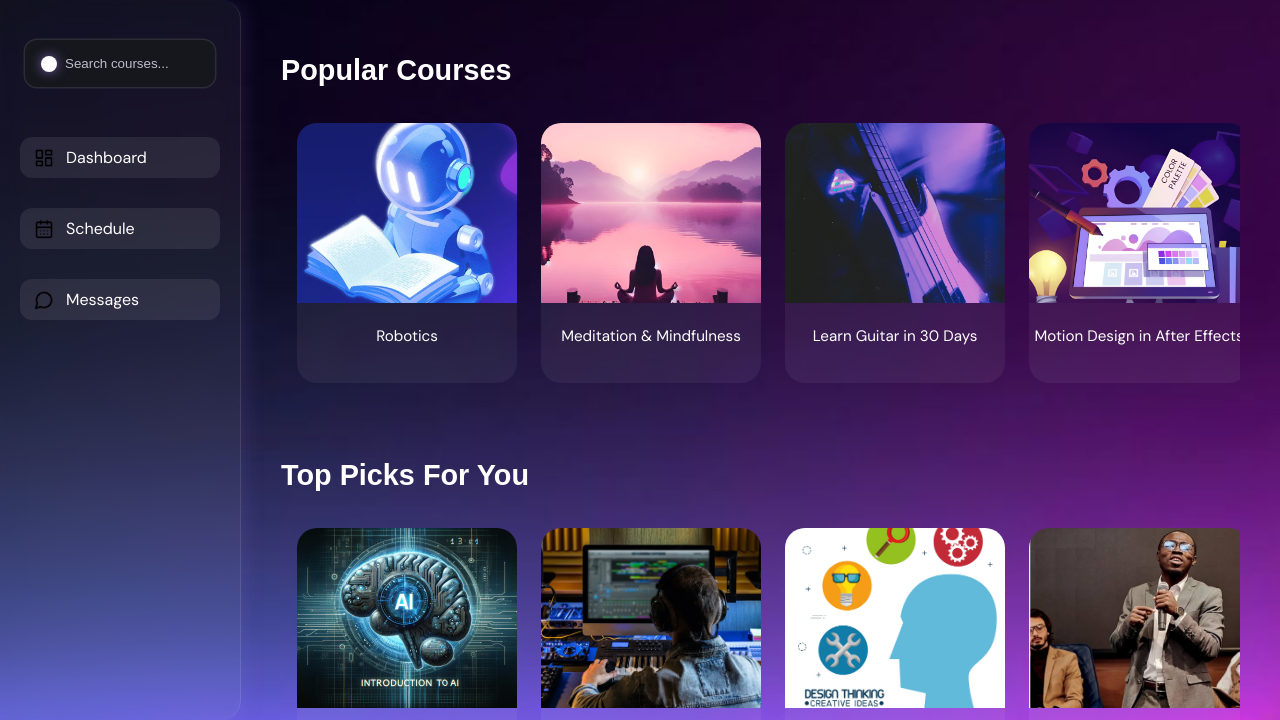
Repository: damndana/UIREN
Page: http://localhost/courses/
An editor plug-in stored every save of this project. The page is shown before and after the next save, followed by the edit.
The browser window is 1280 px wide. The pictures show the whole page.
An inner scrolling area shows only its first screen. The page is served by the project's application, run on Django 5.2 (manage.py). Other server files are loaded and not shown.

Above is the page before, as saved 2025-04-21 23:39:52.

### main/templates/courses.html
{% load static %}
<!DOCTYPE html>
<html lang="en">
<head>
  <meta charset="UTF-8">
  <title>Courses Page</title>
  <link rel="stylesheet" href="https://fonts.googleapis.com/css2?family=DM+Sans&display=swap">
  <link rel="stylesheet" href="{% static 'css/style.css' %}">
</head>
<body class="courses-body" style="background: url('{% static "animations/background.jpeg" %}') no-repeat center center; background-size: cover;">

  <div class="sidebar">
    <div class="group">
      <svg class="search-icon" viewBox="0 0 24 24"><path fill="currentColor" d="M10 2a8 8 0 0 1 6.32 12.9l4.39 4.4l-1.41 1.4l-4.4-4.39A8 8 0 1 1 10 2m0 2a6 6 0 1 0 0 12a6 6 0 0 0 0-12z"/></svg>
      <input id="course-search" class="input" type="text" placeholder="Search courses...">
    </div>

    <div class="sidebar-icon"><img src="{% static 'icons/layout-dashboard.png' %}" class="icon-img"><span>Dashboard</span></div>
    <div class="sidebar-icon"><img src="{% static 'icons/calendar-days.png' %}" class="icon-img"><span>Schedule</span></div>
    <div class="sidebar-icon"><img src="{% static 'icons/message-circle.png' %}" class="icon-img"><span>Messages</span></div>
  </div>

  <div class="main-content">
    <h2 class="section-title">Popular Courses</h2>
    <div class="carousel-wrapper" id="carousel-popular">
      <div class="carousel">
        <div class="card"><img src="{% static 'animations/robotics.png' %}" alt="Robotics"><p>Robotics</p></div>
        <div class="card"><img src="{% static 'animations/Dawn Meditation by the Lake_ Serenity in Pink and Purple.jpg' %}" alt="Meditation"><p>Meditation & Mindfulness</p></div>
        <div class="card"><img src="{% static 'animations/guitar30days.jpg' %}" alt="Guitar"><p>Learn Guitar in 30 Days</p></div>
        <div class="card"><img src="{% static 'animations/motiondesign.png' %}" alt="Motion"><p>Motion Design in After Effects</p></div>
        <div class="card"><img src="{% static 'animations/timemanagement.jpg' %}" alt="Time"><p>Time Management like a CEO</p></div>
      </div>
    </div>

    <h2 class="section-title" style="margin-top: 60px;">Top Picks For You</h2>
    <div class="carousel-wrapper" id="carousel-top">
      <div class="carousel">
        <div class="card"><img src="{% static 'animations/introtoai.png' %}"><p>Intro to AI</p></div>
        <div class="card"><img src="{% static 'animations/sounddesign.webp' %}" alt="Music"><p>Sound Design Essentials</p></div>
        <div class="card"><img src="{% static 'animations/design-thinking.jpg' %}" alt="Design"><p>Creative Thinking for Designers</p></div>
        <div class="card"><img src="{% static 'animations/speak.jpg' %}" alt="Public"><p>Speak Like a Pro</p></div>
      </div>
    </div>
  </div>

  <script>
    // SEARCH FUNCTION
    const searchBar = document.getElementById("course-search");
    searchBar.addEventListener("input", () => {
      const query = searchBar.value.toLowerCase();
      document.querySelectorAll(".carousel .card").forEach(card => {
        const title = card.querySelector("p").textContent.toLowerCase();
        card.style.display = title.includes(query) ? "flex" : "none";
      });
    });

    // SCROLL + ZOOM FUNCTION PER CAROUSEL
    document.querySelectorAll(".carousel-wrapper").forEach((wrapper) => {
      const carousel = wrapper.querySelector(".carousel");
      let isDown = false, startX, scrollLeft;
      let scrollPos = 0;

      // Drag scroll (mouse)
      wrapper.addEventListener("mousedown", (e) => {
        isDown = true;
        startX = e.pageX - wrapper.offsetLeft;
        scrollLeft = wrapper.scrollLeft;
      });
      wrapper.addEventListener("mouseup", () => isDown = false);
      wrapper.addEventListener("mouseleave", () => isDown = false);
      wrapper.addEventListener("mousemove", (e) => {
        if (!isDown) return;
        const x = e.pageX - wrapper.offsetLeft;
        const walk = (x - startX) * 2;
        wrapper.scrollLeft = scrollLeft - walk;
      });

      // Touch scroll (mobile)
      wrapper.addEventListener("touchstart", (e) => {
        startX = e.touches[0].pageX;
        scrollLeft = wrapper.scrollLeft;
      });
      wrapper.addEventListener("touchmove", (e) => {
        const x = e.touches[0].pageX;
        const walk = (x - startX) * 2;
        wrapper.scrollLeft = scrollLeft - walk;
      });

      // Auto scroll
      function startAutoScroll() {
        return setInterval(() => {
          scrollPos += 1.5;
          if (scrollPos >= carousel.scrollWidth - carousel.clientWidth) {
            scrollPos = 0;
          }
          carousel.scrollTo({ left: scrollPos, behavior: "smooth" });
        }, 20);
      }

      let autoScrollInterval = startAutoScroll();
      wrapper.addEventListener("mouseenter", () => clearInterval(autoScrollInterval));
      wrapper.addEventListener("mouseleave", () => {
        autoScrollInterval = startAutoScroll();
      });
    });

    // Zoom on hover
    document.querySelectorAll(".card").forEach((card) => {
      card.addEventListener("mouseenter", () => {
        card.style.transform = "scale(1.07)";
      });
      card.addEventListener("mouseleave", () => {
        card.style.transform = "scale(1)";
      });
    });
  </script>
</body>
</html>

### main/views.py
from django.shortcuts import render, redirect
from django.http import HttpResponse
from .forms import TutorRegistrationForm, StudentRegistrationForm
from .models import TutorProfile, StudentProfile
from django.contrib.auth.models import User
from django.contrib.auth import login
from django.contrib.auth.decorators import login_required

# === Home Page ===
def home(request):
    return render(request, 'home.html')

# === Courses Page ===
def courses(request):
    return render(request, 'courses.html')

# === Categories Page ===
def categories(request):
    return render(request, 'categories.html')

# === About Page ===
def about(request):
    return render(request, 'about.html')

# === Sign In ===
def signin(request):
    if request.method == "POST":
        email = request.POST.get("email")
        password = request.POST.get("password")

        if not (email and password):
            return HttpResponse("Missing fields", status=400)

        try:
            user = User.objects.get(email=email)
            if user.check_password(password):
                login(request, user)
                return redirect("profile")
            else:
                return HttpResponse("Incorrect password", status=401)
        except User.DoesNotExist:
            return HttpResponse("User not found", status=404)

    return render(request, "signin.html")

# === Register Tutor ===
def register_tutor(request):
    if request.method == 'POST':
        form = TutorRegistrationForm(request.POST)
        if form.is_valid():
            full_name = form.cleaned_data['full_name']
            email = form.cleaned_data['email']
            password = form.cleaned_data['password']
            experience = form.cleaned_data['experience']
            bio = form.cleaned_data['bio']

            user = User.objects.create_user(
                username=email,
                email=email,
                password=password
            )

            TutorProfile.objects.create(
                user=user,
                full_name=full_name,
                experience=experience,
                bio=bio
            )

            login(request, user)
            return redirect('profile')
    else:
        form = TutorRegistrationForm()
    return render(request, 'register_tutor.html', {'form': form})


# === Register Student ===
def register_student(request):
    if request.method == 'POST':
        form = StudentRegistrationForm(request.POST)
        if form.is_valid():
            email = form.cleaned_data['email']

            if User.objects.filter(username=email).exists():
                return HttpResponse("User already exists", status=400)

            user = User.objects.create_user(
                username=email,
                email=email,
                password=form.cleaned_data['password'],
                first_name=form.cleaned_data['full_name']
            )

            student = form.save(commit=False)
            student.user = user
            student.save()
            login(request, user)
            return redirect('profile')
    else:
        form = StudentRegistrationForm()
    return render(request, 'register_student.html', {'form': form})

# === Profile View ===
@login_required
def profile_view(request):
    return render(request, 'profile.html', {'user': request.user})

### core/urls.py
from django.contrib import admin
from django.urls import path, include

urlpatterns = [
    path('admin/', admin.site.urls),
    path('', include('main.urls')),  # Connect main app routes
]

### main/urls.py
from django.urls import path
from . import views

urlpatterns = [
    path('', views.home, name='home'),
    path('courses/', views.courses, name='courses'),
    path('categories/', views.categories, name='categories'),
    path('about/', views.about, name='about'),
    path('signin/', views.signin, name='signin'),
    path('signin/', views.signin, name='signin'),
    path('register/tutor/', views.register_tutor, name='register_tutor'),
    path('register/student/', views.register_student, name='register_student'),
    path('profile/', views.profile_view, name='profile'),
]

### main/static/css/style.css
/* === GLOBAL === */
body {
  margin: 0;
  padding: 0;
  font-family: 'DM Sans', 'Raleway', 'Roboto Mono', 'Tektur', sans-serif;
  color: white;
  background: black;
  overflow-x: hidden;
}

#bg-video {
  position: fixed;
  top: 0;
  left: 0;
  width: 100%;
  height: 100%;
  object-fit: cover;
  z-index: -1;
}

/* === NAVBAR === */
.navbar {
  display: flex;
  justify-content: space-between;
  align-items: center;
  padding: 24px 60px;
  position: relative;
  z-index: 10;
  font-family: 'Raleway', sans-serif;
}

.nav-left, .nav-right {
  display: flex;
  align-items: center;
  gap: 30px;
}

.navbar a {
  color: white;
  text-decoration: none;
  font-size: 1rem;
  position: relative;
}

.navbar a:hover {
  border-bottom: 2px solid transparent;
  border-image: linear-gradient(to right, #b14fff, #7f00ff);
  border-image-slice: 1;
}

/* Dropdown */
.dropdown {
  position: relative;
}

.dropbtn {
  background: none;
  border: none;
  color: white;
  font-size: 1rem;
  cursor: pointer;
  font-family: 'Raleway';
}

.dropdown-content {
  display: none;
  position: absolute;
  top: 140%;
  left: 0;
  background-color: rgba(34, 34, 34, 0.9);
  border-radius: 12px;
  padding: 10px;
  min-width: 160px;
  z-index: 99;
  box-shadow: 0 0 12px rgba(255, 255, 255, 0.1);
}

.dropdown-content a {
  display: block;
  color: white;
  padding: 8px 12px;
  text-decoration: none;
}

.dropdown-content a:hover {
  background-color: rgba(255, 255, 255, 0.08);
}

.dropdown:hover .dropdown-content {
  display: block;
}

/* === HERO SECTION === */
.hero-content {
  text-align: center;
  margin-top: 40px; /* reduced from 80px */
  padding-top: 40px; /* add if needed */
  padding-bottom: 40px;
  position: relative;
  z-index: 5;
}


.hero-title {
  font-family: 'Tektur', sans-serif;
  font-size: 3.5rem;
  font-weight: bold;
  color: #a855f7;
  margin-bottom: 40px;
}

.filter-buttons {
  margin-bottom: 30px;
}

.filter-buttons button {
  background-color: rgba(124, 50, 142, 0.2);
  border: none;
  color: #c8c8ff;
  font-family: 'Roboto Mono', monospace;
  font-size: 1.1rem;
  padding: 10px 20px;
  margin: 0 8px;
  border-radius: 10px;
  cursor: pointer;
  transition: all 0.3s ease;
}

.filter-buttons button:hover,
.filter-buttons button.selected {
  background: linear-gradient(to right, #b14fff, #7f00ff);
  color: white;
  font-weight: bold;
}

/* === SEARCH WITH ROCKET === */
.search-wrapper {
  display: flex;
  justify-content: center;
  align-items: center;
  gap: 12px;
  margin: 30px 0 40px;
}

.search-input {
  background-color: rgba(255, 255, 255, 0.85);
  color: #000;
  font-family: monospace;
  font-size: 1.2rem;
  padding: 10px 24px;
  border: 1px solid rgba(148, 112, 214, 0.8);
  border-radius: 9999px;
  box-shadow: 0 0 25px rgba(148, 112, 214, 0.5);
  width: 300px;
  outline: none;
}

.search-icon {
  background-color: white;
  border-radius: 9999px;
  width: 45px;
  height: 45px;
  display: flex;
  align-items: center;
  justify-content: center;
  box-shadow: 0 0 12px rgba(148, 112, 214, 0.8);
  cursor: pointer;
}

.search-icon img {
  width: 26px;
  height: 26px;
  transform: rotate(-45deg);
}

/* === HOMEPAGE 3D CAROUSEL === */
.circular-carousel-container {
  perspective: 1200px;
  height: 300px;
  display: flex;
  justify-content: center;
  align-items: center;
  margin-top: 60px;
}

.circular-carousel {
  position: relative;
  width: 300px;
  height: 300px;
  transform-style: preserve-3d;
  animation: rotateCarousel 24s infinite linear;
}

.circular-carousel .card {
  position: absolute;
  top: 50%;
  left: 50%;
  width: 100px;
  height: 100px;
  margin: -50px 0 0 -50px;
  background: rgba(255, 255, 255, 0.07);
  border-radius: 16px;
  box-shadow: 0 0 10px rgba(255, 255, 255, 0.1);
  display: flex;
  flex-direction: column;
  align-items: center;
  justify-content: center;
  color: white;
  font-family: 'DM Sans', sans-serif;
  text-align: center;
  backdrop-filter: blur(6px);
  transform-style: preserve-3d;
}

.circular-carousel .card lottie-player {
  width: 60px;
  height: 60px;
}

.circular-carousel .card p {
  font-size: 0.75rem;
  margin-top: 6px;
}

.circular-carousel .card:nth-child(1) { transform: rotateY(0deg) translateZ(250px); }
.circular-carousel .card:nth-child(2) { transform: rotateY(60deg) translateZ(250px); }
.circular-carousel .card:nth-child(3) { transform: rotateY(120deg) translateZ(250px); }
.circular-carousel .card:nth-child(4) { transform: rotateY(180deg) translateZ(250px); }
.circular-carousel .card:nth-child(5) { transform: rotateY(240deg) translateZ(250px); }
.circular-carousel .card:nth-child(6) { transform: rotateY(300deg) translateZ(250px); }

@keyframes rotateCarousel {
  from { transform: rotateY(0deg); }
  to { transform: rotateY(360deg); }
}

/* === COURSES PAGE === */
.courses-body {
  display: flex;
  font-family: 'DM Sans', sans-serif;
  color: white;
  height: 100vh;
  overflow: hidden;
}

.sidebar {
  width: 200px;
  background: rgba(255, 255, 255, 0.06);
  backdrop-filter: blur(12px);
  padding: 30px 20px;
  display: flex;
  flex-direction: column;
  gap: 30px;
  border-right: 1px solid rgba(255,255,255,0.1);
  box-shadow: 4px 0 20px rgba(148, 112, 214, 0.15);
  border-radius: 0 20px 20px 0;
}

.sidebar-icon {
  display: flex;
  align-items: center;
  gap: 12px;
  padding: 10px 14px;
  background: rgba(255,255,255,0.08);
  border-radius: 12px;
  transition: all 0.3s ease;
  cursor: pointer;
}

.sidebar-icon:hover {
  background: rgba(255, 255, 255, 0.2);
  transform: scale(1.03);
}

.icon-img {
  width: 20px;
  height: 20px;
}

.group {
  display: flex;
  align-items: center;
  position: relative;
  max-width: 190px;
  margin: 10px auto 20px;
}

.input {
  font-family: "Montserrat", sans-serif;
  width: 100%;
  height: 45px;
  padding-left: 2.5rem;
  border-radius: 12px;
  background-color: #16171d;
  color: #bdbecb;
  border: none;
  box-shadow: 0 0 0 1.5px #2b2c37;
}

.input::placeholder {
  color: #bdbecb;
}

.search-icon {
  position: absolute;
  left: 1rem;
  width: 1rem;
  height: 1rem;
  fill: #bdbecb;
  pointer-events: none;
}

.main-content {
  flex: 1;
  padding: 30px 40px;
  overflow-y: auto;
}

.section-title {
  font-family: 'Tektur', sans-serif;
  font-size: 1.8rem;
  margin-bottom: 20px;
}

.carousel-wrapper {
  overflow-x: scroll;
  scroll-snap-type: x mandatory;
  display: flex;
  gap: 24px;
  padding: 16px;
}

.carousel-wrapper::-webkit-scrollbar {
  display: none;
}

.carousel {
  display: flex;
  gap: 24px;
}

.carousel .card {
  flex: 0 0 auto;
  width: 220px;
  height: 260px;
  background: rgba(255,255,255,0.06);
  border-radius: 20px;
  overflow: hidden;
  text-align: center;
  backdrop-filter: blur(8px);
  scroll-snap-align: center;
  transition: transform 0.3s ease;
  display: flex;
  flex-direction: column;
  justify-content: flex-start;
  align-items: center;
}

.carousel .card img {
  width: 100%;
  height: 180px;
  object-fit: cover;
  border-radius: 16px 16px 0 0;
}

.carousel .card p {
  font-family: 'DM Sans', sans-serif;
  padding: 8px 10px;
  font-size: 0.95rem;
  color: white;
  white-space: nowrap;
  overflow: hidden;
  text-overflow: ellipsis;
  width: 100%;
  text-align: center;
}

.carousel .card:hover {
  transform: scale(1.05);
}
/* === SIGNIN SPLINE LAYOUT === */
.signin-page-body {
  display: flex;
  justify-content: center;
  align-items: center;
  background: radial-gradient(ellipse at top left, #0a0a23, #0f0f2e);
  min-height: 100vh;
  font-family: 'DM Sans', sans-serif;
  overflow: hidden;
  margin: 0;
}

.signin-layout-wrapper {
  display: flex;
  width: 100%;
  max-width: 1300px;
  height: 100vh;
  align-items: center;
  justify-content: space-between;
  padding: 0 40px;
}

/* LEFT SIDE - Spline Animation */
.signin-spline-wrapper {
  flex: 1;
  height: 200%;
  display: flex;
  align-items: center;
  justify-content: center;
}

.signin-spline-wrapper iframe {
  width: 70%;
  height: 100%;
  border: none;
  pointer-events: none;
}

/* RIGHT SIDE - Sign In Form */
.signin-form-container {
  flex: 1;
  max-width: 400px;
  background: rgba(255, 255, 255, 0.05);
  backdrop-filter: blur(14px);
  border-radius: 20px;
  padding: 40px 30px;
  box-shadow: 0 0 25px rgba(148, 112, 214, 0.4);
  text-align: center;
}

.signin-form-container h2 {
  color: white;
  font-family: 'Tektur', sans-serif;
  font-size: 2rem;
  margin-bottom: 30px;
}

.signin-form-container .input-group {
  margin-bottom: 20px;
  text-align: left;
}

.signin-form-container label {
  display: block;
  color: white;
  font-size: 0.9rem;
  margin-bottom: 8px;
}

.signin-form-container input {
  width: 100%;
  padding: 12px 16px;
  border: none;
  border-radius: 12px;
  background: #16171d;
  color: #fff;
  font-size: 1rem;
  box-shadow: 0 0 0 2px rgba(124, 50, 142, 0.3);
  outline: none;
}

.signin-form-container input:focus {
  box-shadow: 0 0 0 2px #7f00ff;
}

.password-group {
  position: relative;
}

.toggle-password {
  position: absolute;
  right: 16px;
  top: 38px;
  color: #aaa;
  cursor: pointer;
}

.signin-btn {
  background: linear-gradient(to right, #b14fff, #7f00ff);
  border: none;
  color: white;
  font-size: 1.1rem;
  padding: 12px 0;
  width: 100%;
  border-radius: 12px;
  cursor: pointer;
  transition: transform 0.2s ease, box-shadow 0.3s ease;
}

.signin-btn:hover {
  transform: scale(1.03);
  box-shadow: 0 0 12px #7f00ff;
}

.auth-alt {
  color: white;
  font-size: 0.85rem;
  margin-top: 20px;
}

.auth-alt a {
  color: #b14fff;
  text-decoration: none;
}

After the next save:
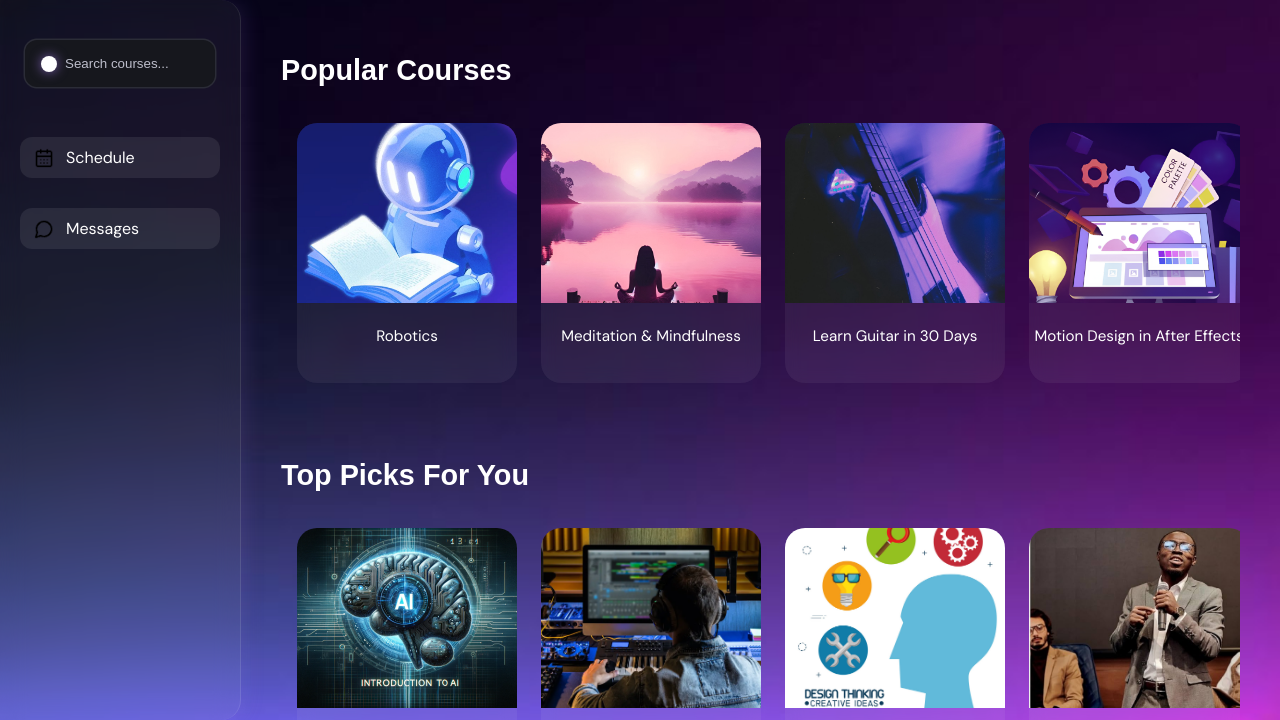
Saved 36 s later.
--- a/main/templates/courses.html
+++ b/main/templates/courses.html
@@ -15,7 +15,6 @@
       <input id="course-search" class="input" type="text" placeholder="Search courses...">
     </div>
 
-    <div class="sidebar-icon"><img src="{% static 'icons/layout-dashboard.png' %}" class="icon-img"><span>Dashboard</span></div>
     <div class="sidebar-icon"><img src="{% static 'icons/calendar-days.png' %}" class="icon-img"><span>Schedule</span></div>
     <div class="sidebar-icon"><img src="{% static 'icons/message-circle.png' %}" class="icon-img"><span>Messages</span></div>
   </div>
